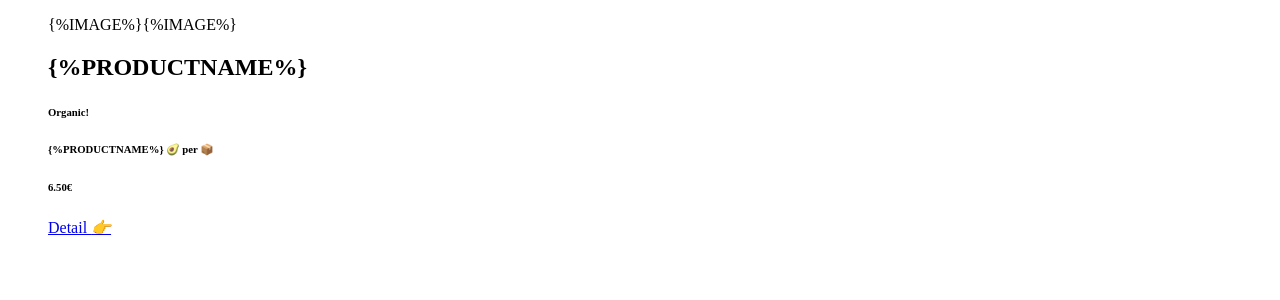
Repository: 13-Joban/Node_Farm_Backend
Page: templates/template.html
The author's editor kept a copy of each file at every save. The page is drawn from the files as they stood at one save, then again after the next save.
The browser window is 1280 px wide. The pictures show the whole page.

Above is the page before, as saved 2022-07-16 17:52:48.

After the next save:
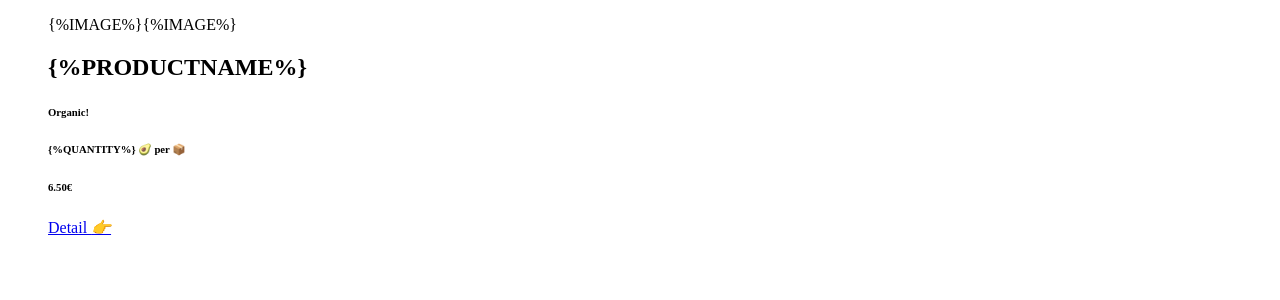
Saved 7 s later.
--- a/templates/template.html
+++ b/templates/template.html
@@ -11,7 +11,7 @@
       </div>
 
       <div class="card__detail-box">
-        <h6 class="card__detail">{%PRODUCTNAME%} 🥑 per 📦</h6>
+        <h6 class="card__detail">{%QUANTITY%} 🥑 per 📦</h6>
       </div>
 
       <div class="card__detail-box">
